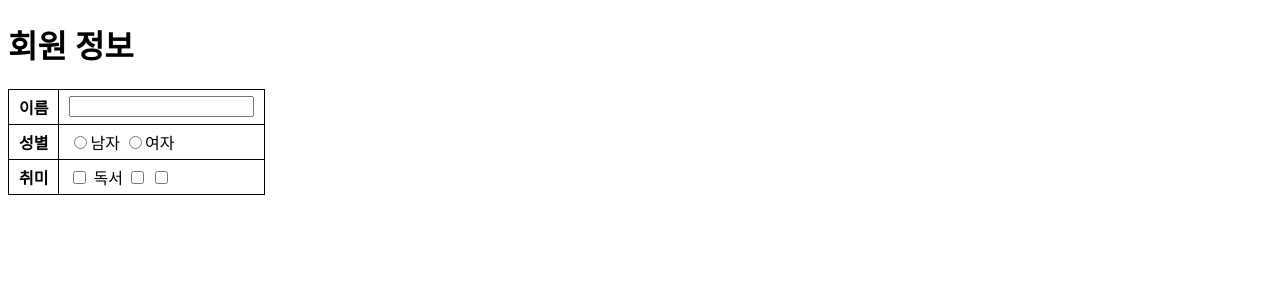
Repository: ZicoPark/Lost-Dev
Page: http://localhost/03_request/
These files come from the project's save history. The page is drawn as it stood at one moment and after the next save; the edit follows.
The browser window is 1280 px wide. The pictures show the whole page.
The page is served by Tomcat 9.

Above is the page before, as saved 2023-02-20 03:11:58.

### JSP/03_request/WebContent/index.jsp
<%@ page language="java" contentType="text/html; charset=UTF-8"
    pageEncoding="UTF-8"%>
<!DOCTYPE html>
<html>
<head>
<meta charset="UTF-8">
<title>Insert title here</title>
<style>
	table, th, td{
		border : 1px solid black;
		border-collapse: collapse;
	}
	th,td{
		padding : 5px 10px;
	}

</style>
</head>
<body>
	<h1>회원 정보</h1>
	<form action = ""  method="get">
	<table>
		<tr>
			<th>이름</th>
			<td><input type = "text" name="userName"/></td>
		</tr>
		<tr>
			<th>성별</th>
			<td>
				<input type = "radio" name="gender" value="남자"/>남자
				<input type = "radio" name="gender" value="여자"/>여자
			</td>
		</tr>
		<tr>
			<th>취미</th>
			<td>
				<input type = "checkbox" name="hobby" value="독서"/> 독서
				<input type = "checkbox" name="hobby" value="독서"/>
				<input type = "checkbox" name="hobby" value="독서"/>
			</td>
		</tr>
	</table>
	</form>
</body>
</html>

After the next save:
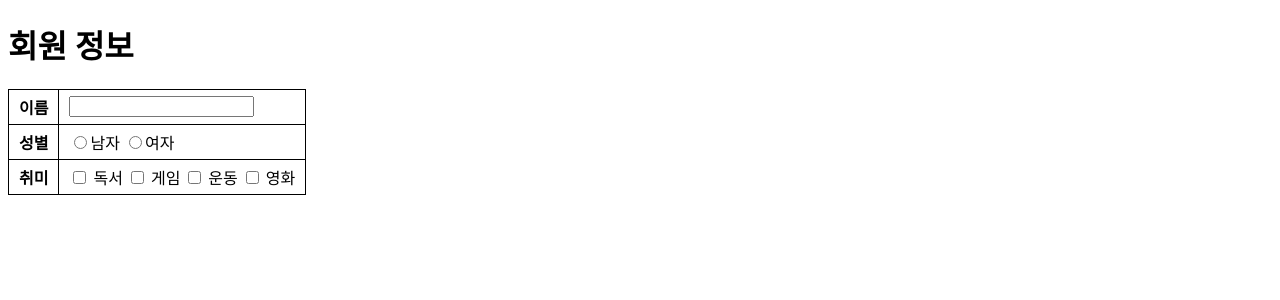
Saved 25 s later.
--- a/JSP/03_request/WebContent/index.jsp
+++ b/JSP/03_request/WebContent/index.jsp
@@ -35,8 +35,9 @@
 			<th>취미</th>
 			<td>
 				<input type = "checkbox" name="hobby" value="독서"/> 독서
-				<input type = "checkbox" name="hobby" value="독서"/>
-				<input type = "checkbox" name="hobby" value="독서"/>
+				<input type = "checkbox" name="hobby" value="게임"/> 게임
+				<input type = "checkbox" name="hobby" value="운동"/> 운동
+				<input type = "checkbox" name="hobby" value="영화"/> 영화
 			</td>
 		</tr>
 	</table>
